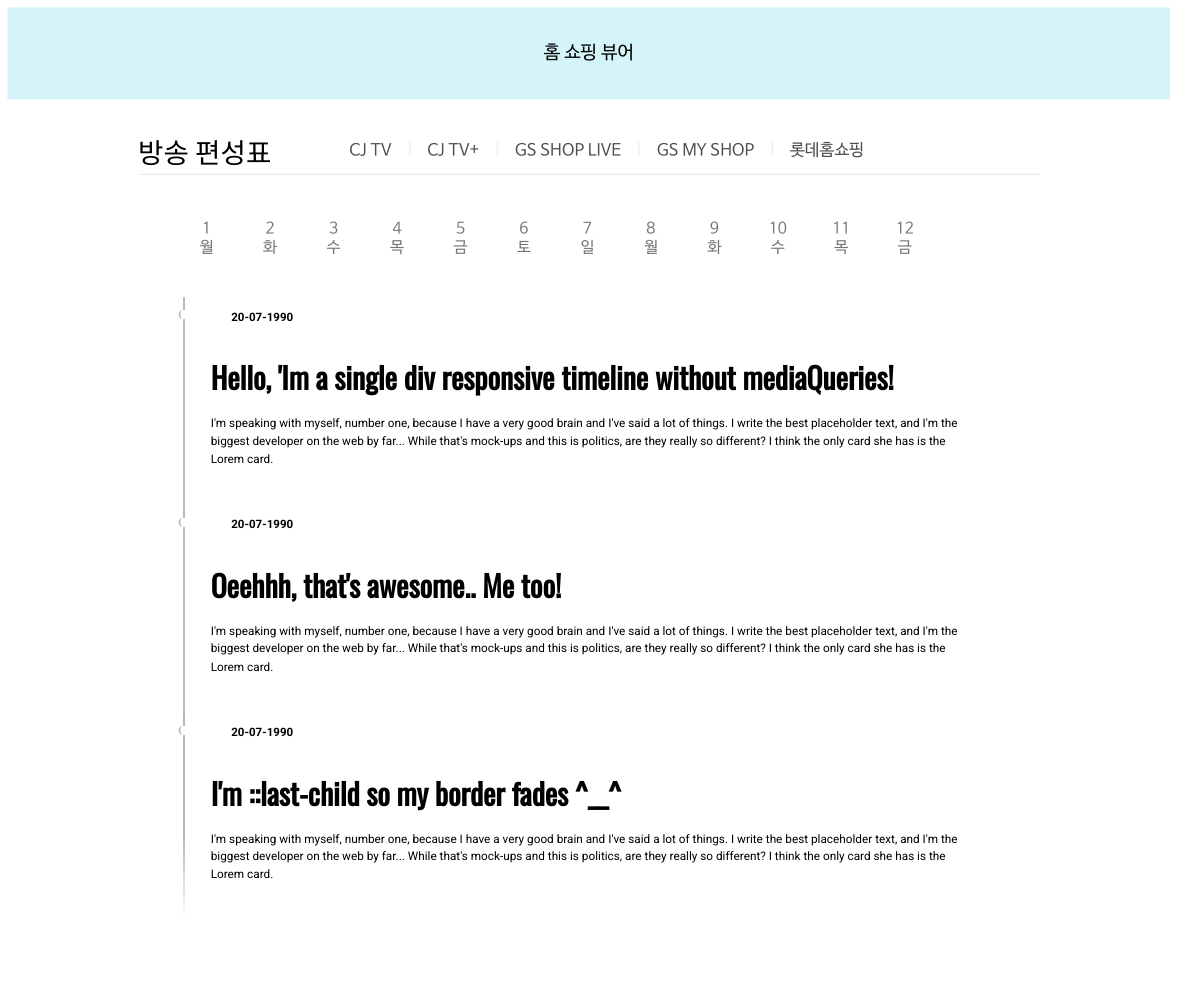
Repository: Kds010/HomeShopping
Page: http://localhost/index
These files come from the project's save history. The page is drawn as it stood at one moment and after the next save; the edit follows.
The browser window is 1280 px wide. The pictures show the whole page, at 92% of full size.
The page is this project's Thymeleaf template; nobody is signed in. The template is opened directly, without the code that normally fills it, so the values that code supplies are empty.

Above is the page before, as saved 2021-12-18 10:10:50.

### homeshopping/src/main/resources/templates/index.html
<!DOCTYPE html>
<html xmlns:th="http://www.thymeleaf.org">
<head>
<meta charset="UTF-8">
<title>SC쇼핑바라기</title>
</head>
<body>
<div id="wrap">
	<th:block th:replace="header.html"></th:block>
	<div id="container">
		<div class="content">
			<div class="fiexd_wrap">
				<div class="fixed_wrap_div">
					<h2 class="fiexd_wrap_tit">방송 편성표</h2>
					<ul class="ch_list_tab" id="ch_list_tab">
						<li class="">CJ TV</li>
						<li class="">CJ TV+</li>
						<li class="">GS SHOP LIVE</li>
						<li class="">GS MY SHOP</li>
						<li class="">롯데홈쇼핑</li>
					</ul>
				</div>
				<ul class="list_date" id="scheduleDate">
					<li data-dt="20211201">
						<a href="javascript:;" class="date_cont">
							<span class="num_date">1</span>
							<span class="txt_date">월</span></a></li>
					<li data-dt="20211202">
						<a href="javascript:;" class="date_cont">
							<span class="num_date">2</span>
							<span class="txt_date">화</span></a></li>
					<li data-dt="20211203">
						<a href="javascript:;" class="date_cont">
							<span class="num_date">3</span>
							<span class="txt_date">수</span></a></li>
					<li data-dt="20211204">
						<a href="javascript:;" class="date_cont">
							<span class="num_date">4</span>
							<span class="txt_date">목</span></a></li>
					<li data-dt="20211205">
						<a href="javascript:;" class="date_cont">
							<span class="num_date">5</span>
							<span class="txt_date">금</span></a></li>
					<li data-dt="20211206">
						<a href="javascript:;" class="date_cont">
							<span class="num_date">6</span>
							<span class="txt_date">토</span></a></li>
					<li data-dt="20211207">
						<a href="javascript:;" class="date_cont">
							<span class="num_date">7</span>
							<span class="txt_date">일</span></a></li>
					<li data-dt="20211208">
						<a href="javascript:;" class="date_cont">
							<span class="num_date">8</span>
							<span class="txt_date">월</span></a></li>
					<li data-dt="20211209">
						<a href="javascript:;" class="date_cont">
							<span class="num_date">9</span>
							<span class="txt_date">화</span></a></li>
					<li data-dt="20211210">
						<a href="javascript:;" class="date_cont">
							<span class="num_date">10</span>
							<span class="txt_date">수</span></a></li>
					<li data-dt="20211211">
						<a href="javascript:;" class="date_cont">
							<span class="num_date">11</span>
							<span class="txt_date">목</span></a></li>
					<li data-dt="20211212">
						<a href="javascript:;" class="date_cont">
							<span class="num_date">12</span>
							<span class="txt_date">금</span></a></li>
				</ul>
			</div>



		<div class="container2">

			<div class="timeline-item" date-is='20-07-1990'>
				<h1>Hello, 'Im a single div responsive timeline without mediaQueries!</h1>
				<p>
					I'm speaking with myself, number one, because I have a very good brain and I've said a lot of things. I write the best placeholder text, and I'm the biggest developer on the web by far... While that's mock-ups and this is politics, are they really so different? I think the only card she has is the Lorem card.
				</p>
			</div>

			<div class="timeline-item" date-is='20-07-1990'>
				<h1>Oeehhh, that's awesome.. Me too!</h1>
				<p>
					I'm speaking with myself, number one, because I have a very good brain and I've said a lot of things. I write the best placeholder text, and I'm the biggest developer on the web by far... While that's mock-ups and this is politics, are they really so different? I think the only card she has is the Lorem card.
				</p>
			</div>

			<div class="timeline-item" date-is='20-07-1990'>
				<h1>I'm ::last-child so my border fades ^__^</h1>
				<p>
					I'm speaking with myself, number one, because I have a very good brain and I've said a lot of things. I write the best placeholder text, and I'm the biggest developer on the web by far... While that's mock-ups and this is politics, are they really so different? I think the only card she has is the Lorem card.
				</p>
			</div>

		</div>

		</div>
	</div>
</div>
</body>
</html>

### homeshopping/src/main/resources/templates/header.html
<!DOCTYPE html>
<html>
<head>
<meta charset="UTF-8">
<link rel="stylesheet" type="text/css" href="/css/main.css">
<link rel="stylesheet" type="text/css" href="/css/font.css">
<script src="/js/jquery-3.6.0.js" defer></script>
<script src="/js/index.js" defer></script>
</head>
<body>
<div class="header">
	<div class="header-content">
		홈 쇼핑 뷰어
	</div>
</div>
</body>
</html>

### homeshopping/src/main/resources/static/css/main.css
@charset "UTF-8";

/* // ----------------  THE BASICS */

@import url('https://fonts.googleapis.com/css?family=Oswald|Roboto:400,700');

/* // ----------------  THE FONTS */

h1, h2, h3, h4, h5, h6 {
	font-family: 'Oswald', sans-serif;
}

h1 {
	font-size: 2rem;
	margin-bottom: .5em;
}

p {
	font-family: 'Roboto', sans-serif;
	font-size: .8rem;
}


body{
	font-family: 'NanumBarunGothic', sans-serif;
    /* font-size: 12px; */
    font-size: 14px;
    line-height: 1.5;
}


div{
	display:block;
}

li, ol, ul{
	list-style: none;
}

li{
	display: list-item;
    text-align: -webkit-match-parent;
}

ul{
	list-style-type: disc;
}

a{
	color: inherit;
    text-decoration: none;
}

/* h1, h2, h3, h4, h5, h6{
	display: block;
    font-size: 1.5em;
    margin-block-start: 0.83em;
    margin-block-end: 0.83em;
    margin-inline-start: 0px;
    margin-inline-end: 0px;
    font-weight: bold;
} */

#wrap{
	min-width: 1240px;
}

.header {
	display: flex;
	background: #D4F4FA;
	width: 100%;
	height: 100px;
	font-size:20px;
	text-align: center;
}

.header-content{
    width: 1180px;
    margin: auto;
}

#container{
	position: relative;
    width: 1180px;
    min-height: 802px;
    margin: 0 auto;
    padding-bottom: 80px;
    zoom: 1;
}

.content{
	width:980px;
	margin:0 auto;
}

.fiexd_wrap{
	width:980px;
	margin-top: 30px;
}

.fixed_wrap_div{
	overflow: hidden;
	margin-bottom: 10px;
	border-bottom: 1px solid #e5e5e5;
}


.fiexd_wrap_tit{
	float: left;
    margin-top: 3px;
    margin-bottom: 3px;
    font-weight: 400;
    font-size: 30px;
    line-height: 1.5;
}

.ch_list_tab{
	overflow: hidden;
    float: left;
    margin: 12px 0 0 6px;
}

.ch_list_tab li{
	position: relative;
    float: left;
    margin-left: 39px;
    font-size: 18px;
    color: #4d4d4d;
    text-decoration: none;
}

.ch_list_tab li:nth-child(1):after {
    content: normal;
}

.ch_list_tab li:after {
	position: absolute;
    top: 4px;
    left: -20px;
    width: 1px;
    height: 15px;
    background-color: #e6e6e6;
    content: '';
}

.list_date {
	display: inline-block;
}

.list_date li{
	vertical-align: top;
	float: left;
    padding: 10px 3px;
    color: #767676;
    text-align: center;
    margin:0;
}

.list_date .date_cont{
	display: block;
    width: 31px;
    padding: 14px 16px 10px;
    font-size: 17px;
    line-height: 21px;
    text-decoration: none;
}

.list_date .num_date{
	display: block;
    height: 20px;
}

.list_date .txt_date{
	display: block;
    line-height: 24px;
}



/* // ----------------  LAYOUT */

.container2 {
	max-width: 1024px;
	width: 90%;
	margin: 0 auto;
}

/* // ----------------  THE FONTS */

/* $border-color: rgba(black, .3); */

.timeline-item {
	padding: 3em 2em 2em;
	position: relative;
	color: rgba(black, .7);
	/* border-left: 2px solid $border-color; */
	border-left: 2px solid rgba(0, 0, 0, 0.3);
}
.timeline-item::before {
		content: attr(date-is);
		position: absolute;
		left: 4em;
		font-weight: bold;
		top: 1em;
		display: block;
		font-family: 'Roboto', sans-serif;
		font-weight: 700;
		font-size: .785rem;
	}

.timeline-item::after {
		width: 10px;
		height: 10px;
		display: block;
		top: 1em;
		position: absolute;
		left: -7px;
		border-radius: 10px;
		content: '';
		/* border: 2px solid $border-color; */
		border-left: 2px solid rgba(0, 0, 0, 0.3);
		background: white;
	}

.timeline-item:last-child {
			border-image: linear-gradient(to bottom, rgba(0, 0, 0, 0.3) 60%, rgba(0, 0, 0, 0)) 1 100%;
		;
	}
}

.timeline-item	p {
		font-size: 1rem;
}

### homeshopping/src/main/resources/static/css/font.css
@charset "UTF-8";
@font-face {
    font-family: 'NanumBarunGothic';
    src:url('/fonts/NanumBarunGothic.ttf') format('woff'),
        url('/fonts/NanumBarunGothic.ttf') format('woff2');
    font-weight: 400;
}

Loaded but not shown: homeshopping/src/main/resources/static/js/jquery-3.6.0.js (library); homeshopping/src/main/resources/static/js/index.js (no copy from this time; the picture is the same without it)

After the next save:
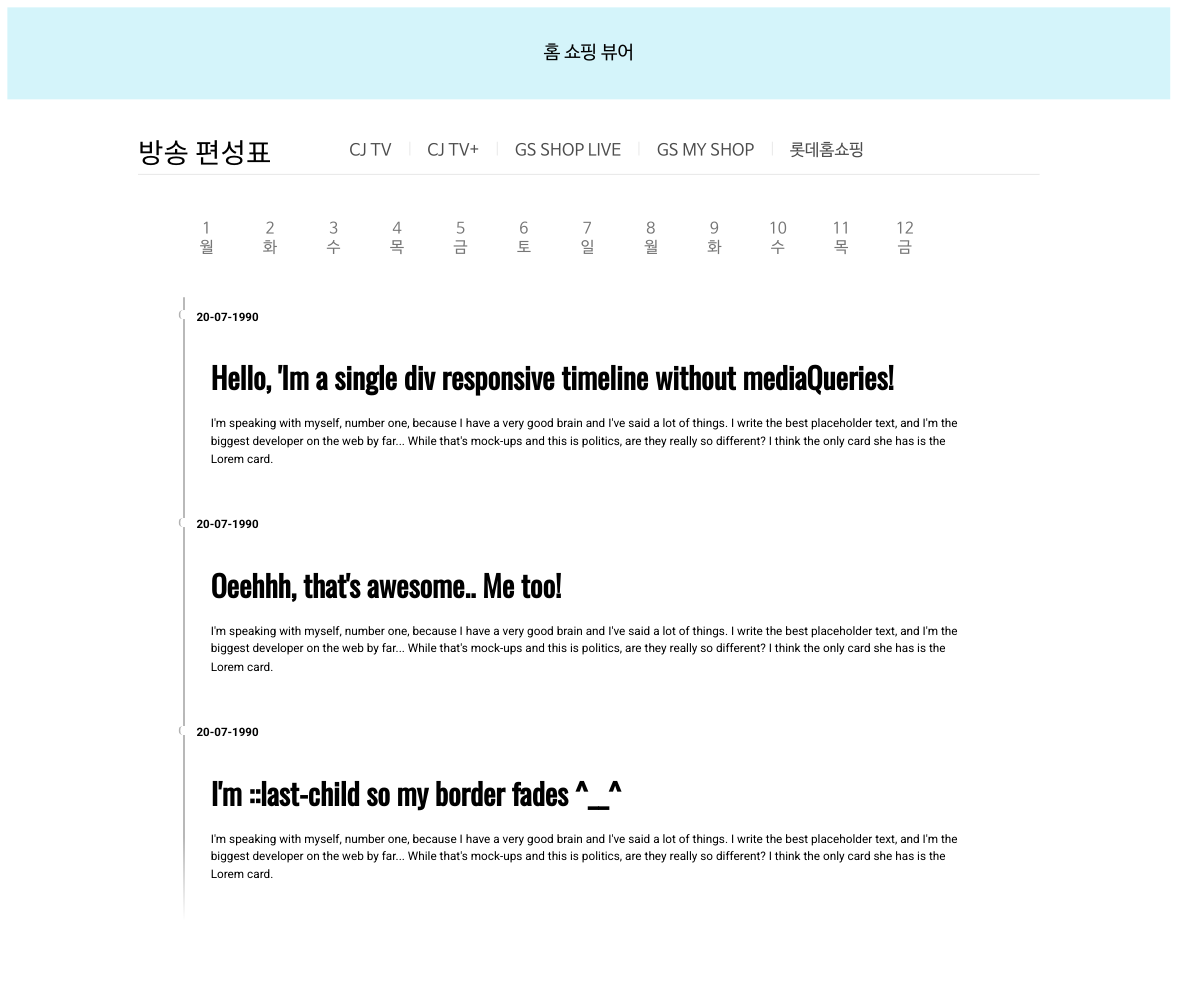
Saved 23 s later.
--- a/homeshopping/src/main/resources/static/css/main.css
+++ b/homeshopping/src/main/resources/static/css/main.css
@@ -199,7 +199,7 @@ a{
 .timeline-item::before {
 		content: attr(date-is);
 		position: absolute;
-		left: 4em;
+		left: 1em;
 		font-weight: bold;
 		top: 1em;
 		display: block;
